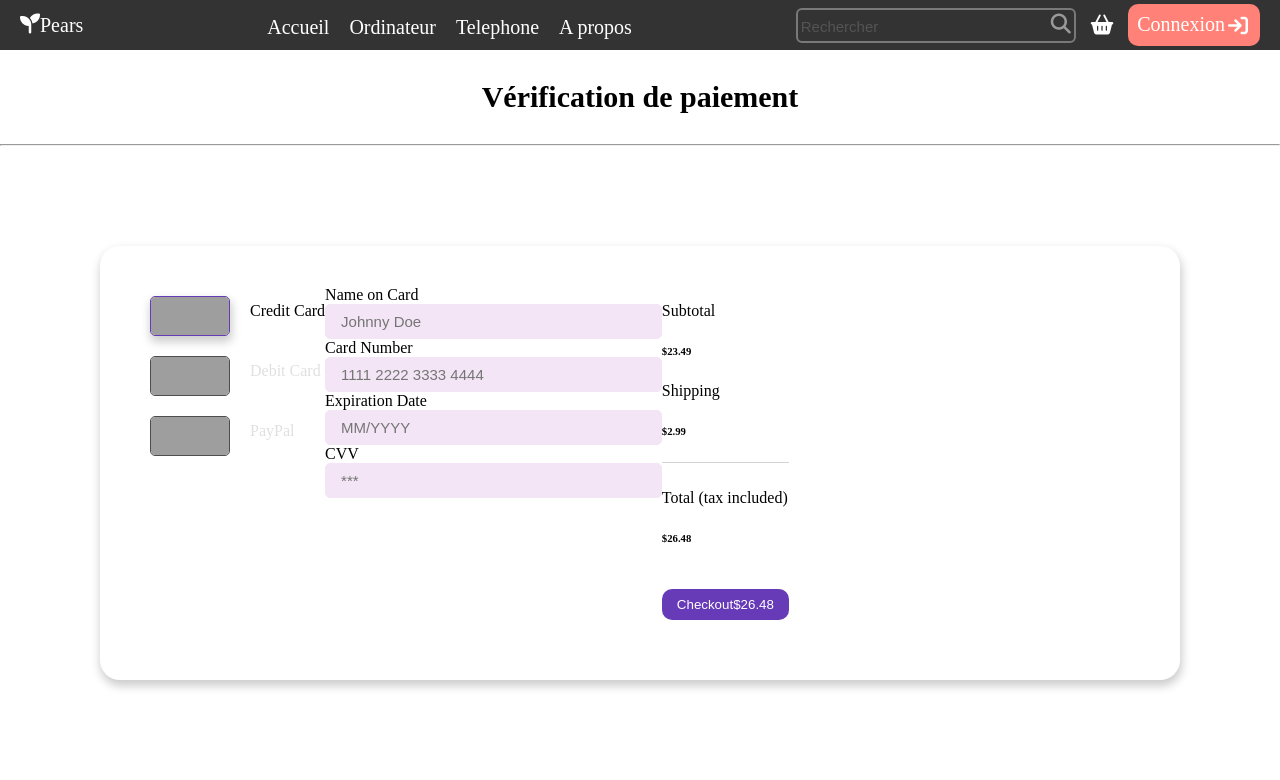
Repository: Kakouuu/PPE1-iPear
Page: http://localhost/Stage/verifpaiement.php
The author's editor kept a copy of each file at every save. The page is drawn from the files as they stood at one save, then again after the next save.
The browser window is 1280 px wide. The pictures show the whole page.
Pictures or frames that could not be fetched are drawn as grey boxes. Some web libraries are served in a nearby version. The page is run by PHP 8.4 with error messages shown; the project is at /var/www/html/.

Above is the page before, as saved 2023-04-28 16:30:36.

### verifpaiement.php
<!DOCTYPE html>
<html lang="en">

<?php
    session_start();
    include "nav.php";
    ?>


<head>
    <meta charset="UTF-8">
    <title>Checkout</title>
    <link rel="stylesheet" href="css/verifpaiement.css">
    <link rel="stylesheet" href="https://stackpath.bootstrapcdn.com/bootstrap/4.3.1/js/bootstrap.bundle.min.js">
    <link rel="stylesheet" href="https://cdnjs.cloudflare.com/ajax/libs/font-awesome/5.10.0-11/css/all.min.css">
    <script rel="stylesheet" href="https://cdnjs.cloudflare.com/ajax/libs/jquery/3.2.1/jquery.min.js"></script>
    <script src="js/store.js"></script>
</head>

<body>



    <h3 class="title">Vérification de paiement</h3>
    <hr>

    <div class="row justify-content-center" style="margin:100px">
        <div class="col-lg-12">
            <div class="card" style="display : flex;">
                <div class="row" style="display : flex;">
                    <div class="col-lg-3 radio-group" >
                        <div class="row d-flex px-3 radio" style="display :flex;"> <img class="pay" src="https://i.imgur.com/WIAP9Ku.jpg">
                            <p class="my-auto">Credit Card</p>
                        </div>
                        <div class="row d-flex px-3 radio gray" style="display :flex;"> <img class="pay" src="https://i.imgur.com/OdxcctP.jpg">
                            <p class="my-auto">Debit Card</p>
                        </div>
                        <div class="row d-flex px-3 radio gray mb-3" style="display :flex;"> <img class="pay" src="https://i.imgur.com/cMk1MtK.jpg">
                            <p class="my-auto">PayPal</p>
                        </div>
                    </div>
                    <div class="col-lg-5">
                        <div class="row px-2">
                            <div class="form-group col-md-6"> <label class="form-control-label">Name on Card</label> <input type="text" id="cname" name="cname" placeholder="Johnny Doe"> </div>
                            <div class="form-group col-md-6"> <label class="form-control-label">Card Number</label> <input type="text" id="cnum" name="cnum" placeholder="1111 2222 3333 4444"> </div>
                        </div>
                        <div class="row px-2">
                            <div class="form-group col-md-6"> <label class="form-control-label">Expiration Date</label> <input type="text" id="exp" name="exp" placeholder="MM/YYYY"> </div>
                            <div class="form-group col-md-6"> <label class="form-control-label">CVV</label> <input type="text" id="cvv" name="cvv" placeholder="***"> </div>
                        </div>
                    </div>
                    <div class="col-lg-4 mt-2">
                        <div class="row d-flex justify-content-between px-4">
                            <p class="mb-1 text-left">Subtotal</p>
                            <h6 class="mb-1 text-right">$23.49</h6>
                        </div>
                        <div class="row d-flex justify-content-between px-4">
                            <p class="mb-1 text-left">Shipping</p>
                            <h6 class="mb-1 text-right">$2.99</h6>
                        </div>
                        <div class="row d-flex justify-content-between px-4" id="tax">
                            <p class="mb-1 text-left">Total (tax included)</p>
                            <h6 class="mb-1 text-right">$26.48</h6>
                        </div> <button class="btn-block btn-blue"> <span> <span id="checkout">Checkout</span> <span id="check-amt">$26.48</span> </span> </button>
                    </div>
                </div>
            </div>
        </div>
    </div>
    </div>

### nav.php
<!DOCTYPE html>
<head>
    <meta charset="UTF-8">
    <meta http-equiv="X-UA-Compatible" content="IE  =edge">
    <link rel="stylesheet" href="css/styles.css">
    <link rel="stylesheet" href="css/footer.css">

    <script src="https://kit.fontawesome.com/db2bf29261.js" crossorigin="anonymous"></script>
    <script src="https://cdnjs.cloudflare.com/ajax/libs/jquery/3.6.0/jquery.min.js"></script>
    <script src="https://ajax.googleapis.com/ajax/libs/jquery/3.6.0/jquery.min.js"></script>
    <script src="js/store.js" ></script>
</head>
<?php

require_once "db.php";

if (isset($_SESSION['ID'])) {

    $sqla = 'SELECT * FROM `utilisateurs` where `ID_user`=' . $_SESSION['ID'];
    $resulta = mysqli_query($mysqli, $sqla);

    while (($row = mysqli_fetch_array($resulta))) {

        $prenom = $row["Prenom"];
    }


?>




<div class="welcome">Bonjour <?= $prenom; ?> !</div>



<?php
}


?>



<nav class="navbar" style="height: 50px !important;">


    <div>
        <a class="logo" href="index.php"><i class="fa-solid fa-seedling"></i> Pears</a>
    </div>


    <ul class="navbar_container">
        <li><a href="index.php" class="type">Accueil</a></li>
        <li class="services"><a href="#" title="" class="type">Ordinateur</a>
            <ul class="sous-menu">
                <li><a href="pagelegume.php?id=Portable" title="" class="type_sous">PC Portable</a></li>
                <li><a href="pagelegume.php?id=PC_Fixe" title="" class="type_sous">PC Fixe</a></li>
            </ul>
        <li class="services"><a href="#" title="" class="type">Telephone</a>
            <ul class="sous-menu">
                <li><a href="pagelegume.php?id=Samsung" title="" class="type_sous">Samsung</a></li>
                <li><a href="pagelegume.php?id=Iphone" title="" class="type_sous">Iphone</a></li>
                <li><a href="pagelegume.php?id=Huawei" title="" class="type_sous">Huawei</a></li>
            </ul>
        <li><a href="index.php" class="type">A propos</a></li>
    </ul>


    <span class="cotedroit">
      <span class="search">
            <input autocomplete="off" type="search" onkeyup="manakey(event)" oninput="salut()" name="Rechercher"
                   class="searchbar_container" placeholder="Rechercher">
            <span style="cursor: pointer;" onclick='sendad()'><i class="fa-solid fa-magnifying-glass"></i></span>
        </span>


<div class="search_prod"></div>







            <a href="test.php" class="item"><i class="fa-solid fa-basket-shopping"></i></a>

            <a href="login.php" class="log" id="co">Connexion <i class="fa-solid fa-arrow-right-to-bracket"></i> </a>


            <li class="user" id="profil"><a href="#" title="" class="type"><i class="fa-solid fa-user" name="deconnecte"></i></a>
            <ul class="user_sous">
                <li><a href="profil.php" title="" class="user_container">Profil</a></li>

                <li><a class="user_container" href="suppression.php">Deconnexion</a></li>



    </span>





    <script>
        function sendad() {
            var mot = document.getElementsByName('Rechercher')[0].value;
            console.log(mot)
            window.location = 'traitement.php?Rechercher=' + mot;
        }

        function manakey(e) {
            if (e.keyCode == 13) {
                sendad();
            }
            var clientHeight = document.querySelector('.search_prod').clientHeight;
            console.log(clientHeight);

            if (clientHeight < 356) {
                document.querySelector(".plus").style.display = "none";
            }
        }

        function salut() {
            let display = document.querySelector('.search_prod').style.display = 'block';
            var mot = document.getElementsByName('Rechercher')[0].value;
            console.log(mot)

            if(mot != "" ){
                $.post("recherche.php", {mot : mot}, function(data){
                    $('.search_prod').html(data);
                });
            }else
                document.querySelector(".search_prod").style.display ="none";
        }


        function remouve(e) {
            if (e.keyCode == 8) {
                let display = document.querySelector('.search_prod').style.display = 'none';
            }
        }




    </script>



    <div class="navbar__toggle" onclick="openOrClose()" id="mobile-menu">
        <div class="tirait">
            <span class="tirait_sous"></span>
            <span class="tirait_sous"></span>
            <span class="tirait_sous"></span>
        </div>
    </div>
</nav>
<ul class="navbar_container2">
    <li class="services2"><a href="#" title="" class="type2">Ordinateur</a>
        <ul class="sous-menu2">
            <li><a href="pagelegume.php?id=Portable" title="" class="type_sous2">PC Portable</a></li>
            <li><a href="pagelegume.php?id=Portable" title="" class="type_sous2">PC Fixe</a></li>
        </ul>
    <li class="services2"><a href="#" title="" class="type2">Telephone</a>
        <ul class="sous-menu2">
            <li><a href="pagelegume.php?id=Légume Fleurs" title="" class="type_sous2">Samsung</a></li>
            <li><a href="pagelegume.php?id=Légume Fleurs" title="" class="type_sous2">Iphone</a></li>
            <li><a href="pagelegume.php?id=Légume Fleurs" title="" class="type_sous2">Huawei</a></li>
        </ul>
</ul>

<?php
if(isset($_SESSION['ID'])){
    ?>
    <script>
    document.getElementById('co').style.display = 'none';
    document.getElementById('profil').style.display = 'block';
    </script>

<?php
}





?>


<form method="post" action="suppression.php" id="form">
       <input type="hidden" id="cache" name="cache"/>
    </form>
<script src="app.js"></script>

### db.php
<?php
$mysqli = mysqli_connect('localhost', 'root', '', 'pcbdd');
mysqli_query($mysqli, "SET NAMES utf8");
?>

### css/footer.css
/* Footer section */

.push{
    height: 800px;
}

.pdp {
    display: inline-block;
    bottom: 0;
    width: 100%;
    background-color: #333333;
}


.pdp_info {
    background-color: #333333;
    display: flex;
    height: 390px;
    justify-content: center;
}

.fa-facebook, .fa-twitter, .fa-linkedin, .fa-instagram {
    color: white;
    opacity: 0.6;
    padding-left: 10px;
    padding-right: 10px;
    margin-top: 3px;
    justify-content: center;
    font-size: 1.1rem;
}

.fa-facebook {
    padding-left: 45%;
}
.fa-envelope{
    padding: 7px;
    text-align: center;
    color: black;

}

a:link {
    text-decoration: none;
}

.item2 {
    display: block;
    margin: 5px;
    text-decoration: none;
    list-style: none;
    color: white;
    padding: 5px;

}

.item1 {
    display: block;
    margin: 5px;
    text-decoration: none;
    list-style: none;
    color: white;
    padding: 5px;

}


.mention {
    background-color: #272727;
    color: white;
    opacity: 0.5;
}

@media screen and (max-width: 909px){
    .item2{
        display: block;
        font-size: 1.1rem;
        text-align: center;
    }
}


.input-icons i {
    position: absolute;
}

.input-field {
    height: 30px;
    width: 200px;
    padding-left:30px;
    text-align: center;
}

.validate{
    height: 30px;
    color: white;
    background-color: #333333;
    cursor: pointer;
}

.validate:hover{
    background-color: #50C878;
}

.infosite{
    color: white;

}

### css/verifpaiement.css
.title{
    text-align: center;
    font-size: 30px;
    font-weight: bold;
    margin : 30px;
}


.plus-minus {
    position: relative;
}

.plus {
    position: absolute;
    top: -4px;
    left: 2px;
    cursor: pointer;
}

.minus {
    position: absolute;
    top: 8px;
    left: 5px;
    cursor: pointer;
}

.vsm-text:hover {
    color: #FF5252;
}

.card {
    margin: 40px 0px;
    padding: 40px 50px;
    border-radius: 20px;
    border: none;
    box-shadow: 1px 5px 10px 1px rgba(0,0,0,0.2);
    display : flex;
}

input, textarea {
    background-color: #F3E5F5;
    padding: 8px 15px 8px 15px;
    width: 100%;
    border-radius: 5px !important;
    box-sizing: border-box;
    border: 1px solid #F3E5F5;
    font-size: 15px !important;
    color: #000 !important;
    font-weight: 300;
}

input:focus, textarea:focus {
    -moz-box-shadow: none !important;
    -webkit-box-shadow: none !important;
    box-shadow: none !important;
    border: 1px solid #9FA8DA;
    outline-width: 0;
    font-weight: 400;
}

button:focus {
    -moz-box-shadow: none !important;
    -webkit-box-shadow: none !important;
    box-shadow: none !important;
    outline-width: 0;
}

.pay {
    width: 80px;
    height: 40px;
    border-radius: 5px;
    border: 1px solid #673AB7;
    margin: 10px 20px 10px 0px;
    cursor: pointer;
    box-shadow: 1px 5px 10px 1px rgba(0,0,0,0.2);
}

.gray {
    -webkit-filter: grayscale(100%);
    -moz-filter: grayscale(100%);
    -o-filter: grayscale(100%);
    -ms-filter: grayscale(100%);
    filter: grayscale(100%);
    color: #E0E0E0;
}

.gray .pay {
    box-shadow: none;
}

#tax {
    border-top: 1px lightgray solid;
    margin-top: 10px;
    padding-top: 10px;
}

.btn-blue {
    border: none;
    border-radius: 10px;
    background-color: #673AB7;
    color: #fff;
    padding: 8px 15px;
    margin: 20px 0px;
    cursor: pointer;
}

.btn-blue:hover {
    background-color: #311B92;
    color: #fff;
}

#checkout {
    float: left;
}

#check-amt {
    float: right;
}

@media screen and (max-width: 768px) {
    .book, .book-img {
        width: 100px;
        height: 150px;
    }

    .card {
        padding-left: 15px;
        padding-right: 15px;
    }

    .mob-text {
        font-size: 13px;
    }

    .pad-left {
        padding-left: 20px;
    }
}

Loaded but not shown: js/store.js (27 lines, source omitted); app.js (4 lines, source omitted); css/styles.css (824 lines, source omitted)

After the next save:
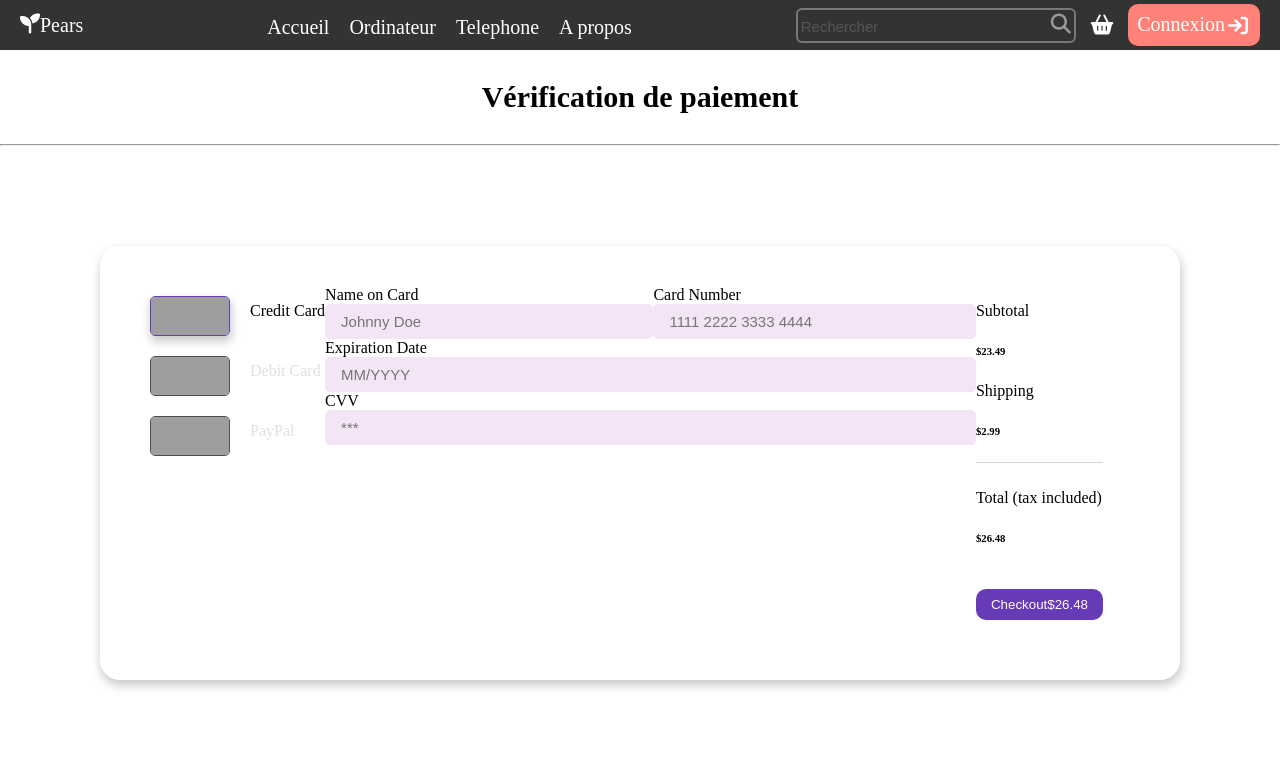
Saved 58 s later.
--- a/verifpaiement.php
+++ b/verifpaiement.php
@@ -40,7 +40,7 @@
                         </div>
                     </div>
                     <div class="col-lg-5">
-                        <div class="row px-2">
+                        <div class="row px-2" style="display :flex;">
                             <div class="form-group col-md-6"> <label class="form-control-label">Name on Card</label> <input type="text" id="cname" name="cname" placeholder="Johnny Doe"> </div>
                             <div class="form-group col-md-6"> <label class="form-control-label">Card Number</label> <input type="text" id="cnum" name="cnum" placeholder="1111 2222 3333 4444"> </div>
                         </div>
